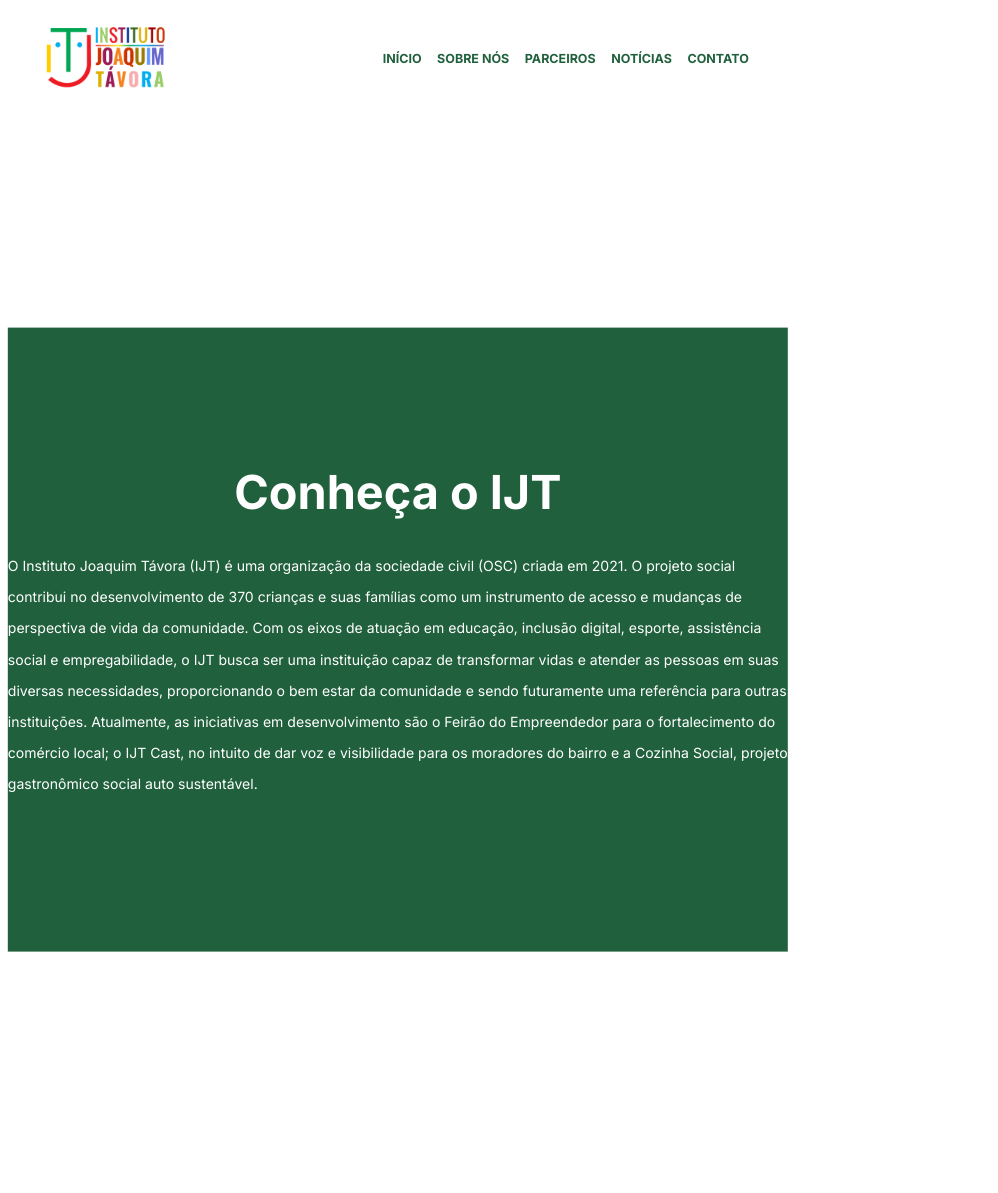
Repository: MarcelloMello90/itj2
Page: index.html
These files come from the project's save history. The page is drawn as it stood at one moment and after the next save; the edit follows.
The browser window is 1280 px wide. The pictures show the whole page, at 78% of full size.

Above is the page before, as saved 2024-07-24 10:22:42.

After the next save:
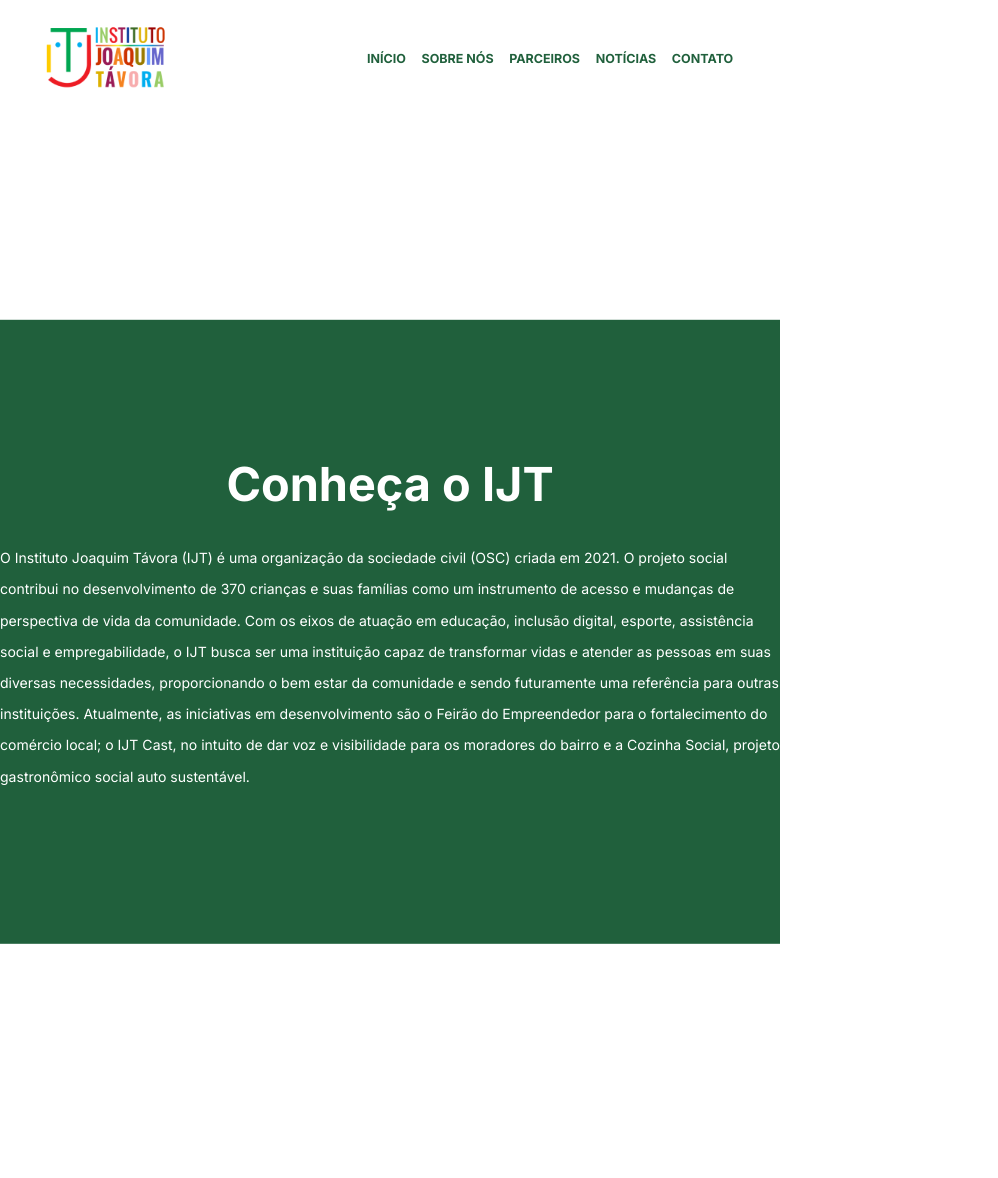
Saved 87 s later.
--- a/style.css
+++ b/style.css
@@ -151,25 +151,6 @@
 
 
 main{
-width: 100%;
-  grid-area: main;
-
-  display: grid;
-  place-items: center;
-  grid-template-areas:
-    "section1"
-    "section2"
-    "section3"
-    "section4"
-    "section5"
-  ;
-  grid-template-columns: 1fr;
-  grid-template-rows: auto auto auto auto;
-
-  margin-top: 160px;
-  gap: 100px;
-
-  padding: 10px;
 }
 
 
